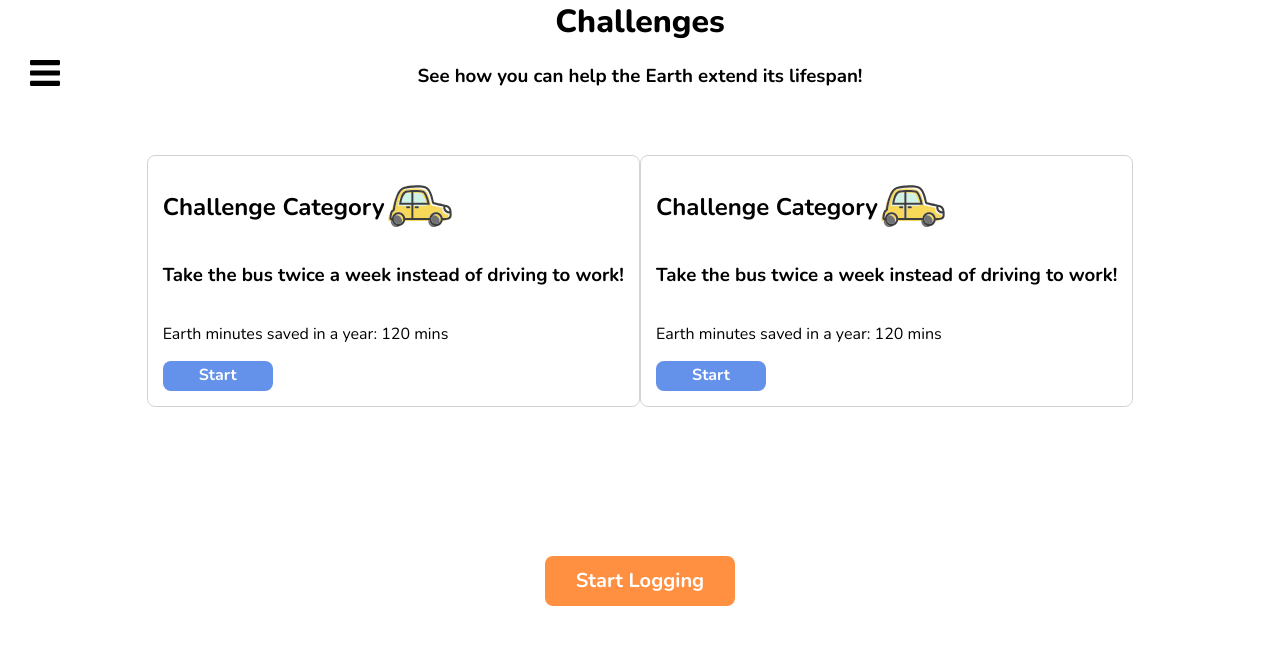
Repository: cho196/Timearth
Page: /challenges
An editor plug-in stored every save of this project. The page is shown before and after the next save, followed by the edit.
The browser window is 1280 px wide. The pictures show the whole page.
The project was rebuilt for these pictures with package versions that can differ from the ones it lists, and the page was loaded fresh each time. The framework's server and built-in components were replaced by stand-ins that run in the browser. Also part of the build but not shown: next.config.js.

Above is the page before, as saved 2022-04-12 22:23:10.

After the next save:
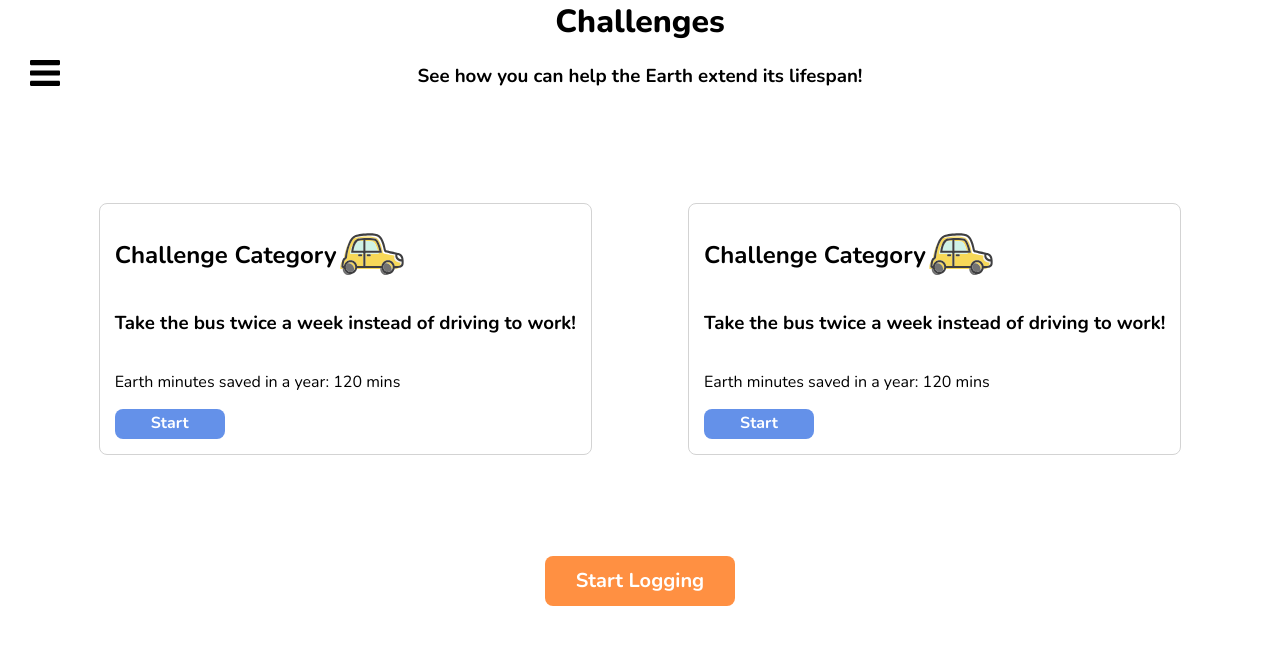
Saved 11 s later.
--- a/comps/Challenge_cont.js
+++ b/comps/Challenge_cont.js
@@ -11,6 +11,7 @@ display:flex;
 flex-direction:column;
 align-items:flex-start;
 padding:15px;
+margin:3em;
 `
 
 
